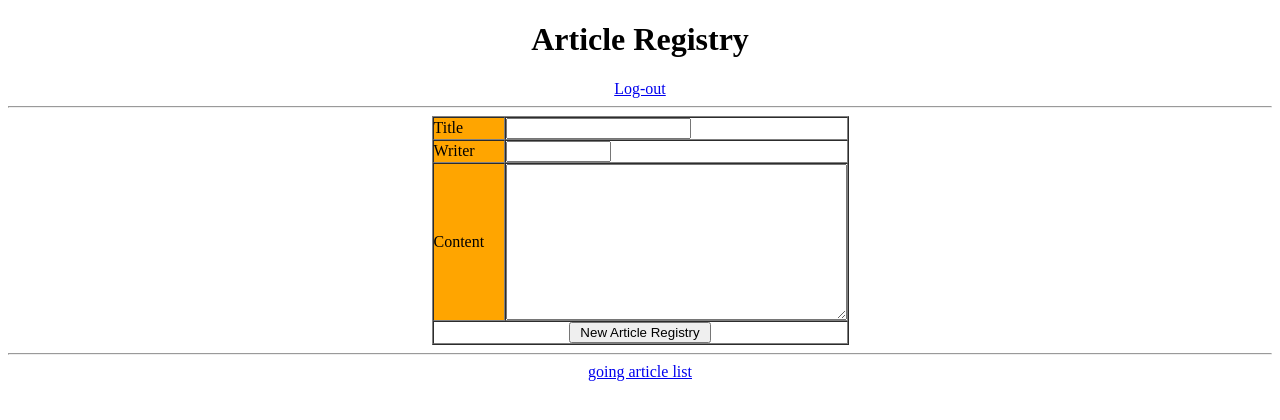
Repository: kevin1229/springTest
Page: http://localhost/BoardWeb/insertBoard.jsp
These files come from the project's save history. The page is drawn as it stood at one moment and after the next save; the edit follows.
The browser window is 1280 px wide. The pictures show the whole page.
The page is served by Tomcat 9. Other server files are loaded and not shown.

Above is the page before, as saved 2020-03-31 14:54:39.

### BoardWeb/src/main/webapp/insertBoard.jsp
<%@page contentType="text/html; charset=UTF-8" pageEncoding="UTF-8"%>

<!DOCTYPE html PUBLIC "-//W3C//DTD HTML 4.01 Transitional//EN"
					  "http://www.w3.org/TR/html4/loose.dtd">

<html>
	<head>
		<title>New article registry</title>
	</head>


	<body>
		<center>
			<h1>Article Registry</h1>
			<a href="logout_proc.jsp">Log-out</a>
			<hr>
				<from action="insertBoard_proc.jsp" method="post">
					<table border="1" cellpadding="0" cellspacing="0">
						<tr>
							<td bgcolor="orange" width="70">Title</td>
							<td align="left">
								<input type="text" name="title"/>
							</td>
						</tr>
						<tr>
							<td bgcolor="orange">Writer</td>
							<td align="left">
								<input type="text" name="writer" size="10"/>
							</td>
						</tr>
						<tr>
							<td bgcolor="orange">Content</td>
							<td align="left">
								<textarea name="content" cols="40" rows="10"></textarea>
							</td>
						</tr>
						<tr>
							<td colspan="2" align="center">
								<input type="submit" value=" New Article Registry "/>
							</td>
						</tr>
					</table>
				</from>
			</hr>
			<hr>
				<a href="getBoardList.jsp">going article list</a>
			</hr>
		</center>
	</body>
</html>

After the next save:
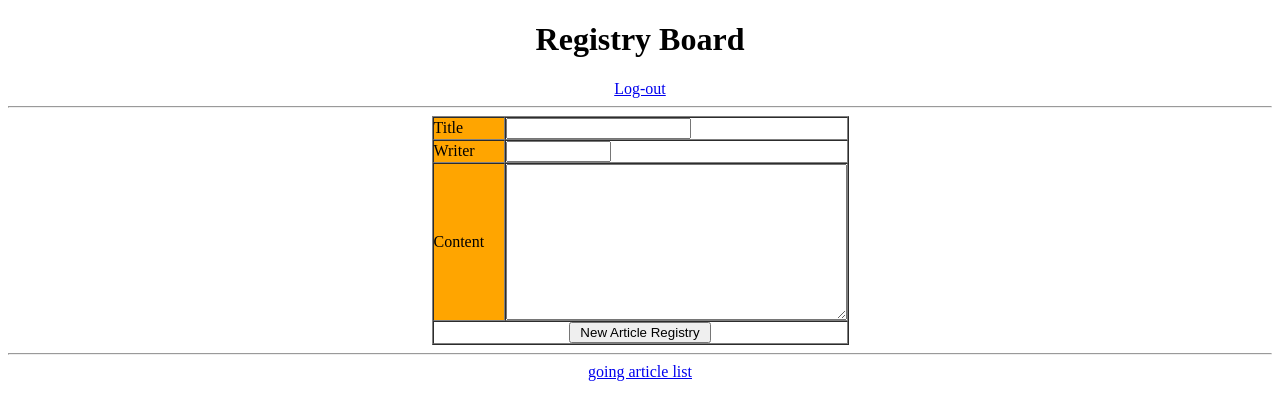
Saved 43 s later.
--- a/BoardWeb/src/main/webapp/insertBoard.jsp
+++ b/BoardWeb/src/main/webapp/insertBoard.jsp
@@ -5,13 +5,13 @@
 
 <html>
 	<head>
-		<title>New article registry</title>
+		<title>New Board Registry</title>
 	</head>
 
 
 	<body>
 		<center>
-			<h1>Article Registry</h1>
+			<h1>Registry Board</h1>
 			<a href="logout_proc.jsp">Log-out</a>
 			<hr>
 				<from action="insertBoard_proc.jsp" method="post">
